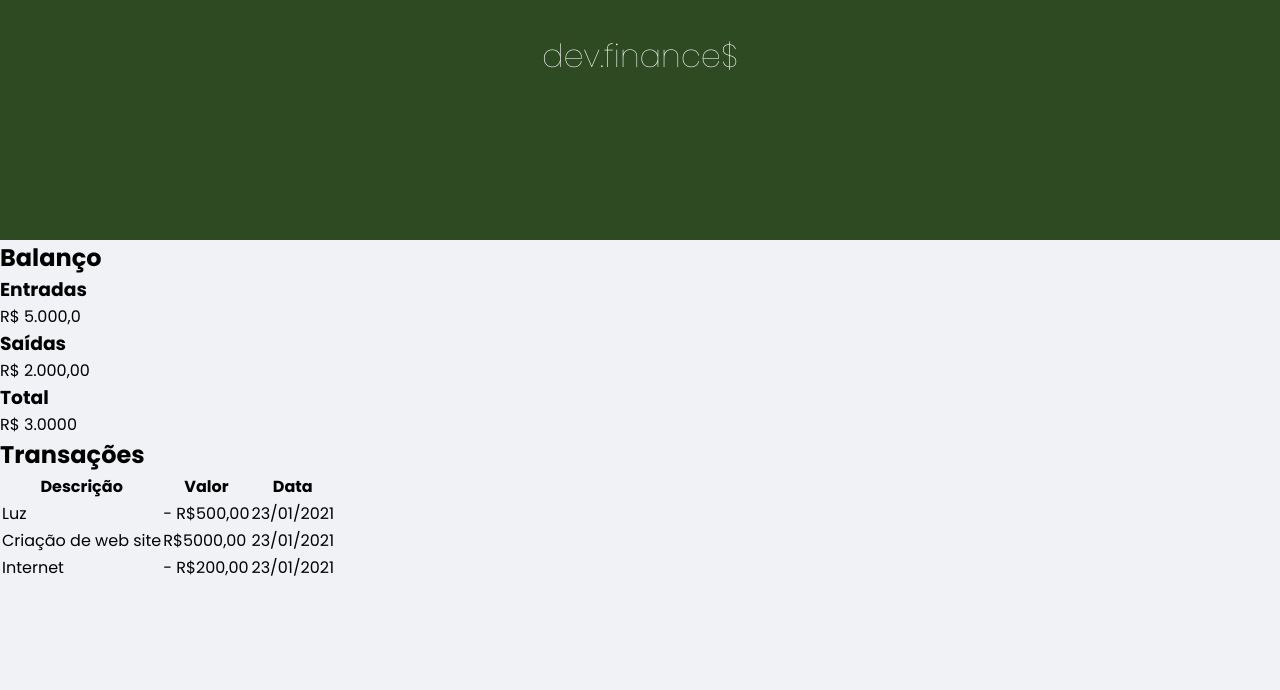
Repository: rafaelmgr12/maratona-dev01
Page: index.html
An editor plug-in stored every save of this project. The page is shown before and after the next save, followed by the edit.
The browser window is 1280 px wide. The pictures show the whole page.

Above is the page before, as saved 2021-04-26 20:18:26.

After the next save:
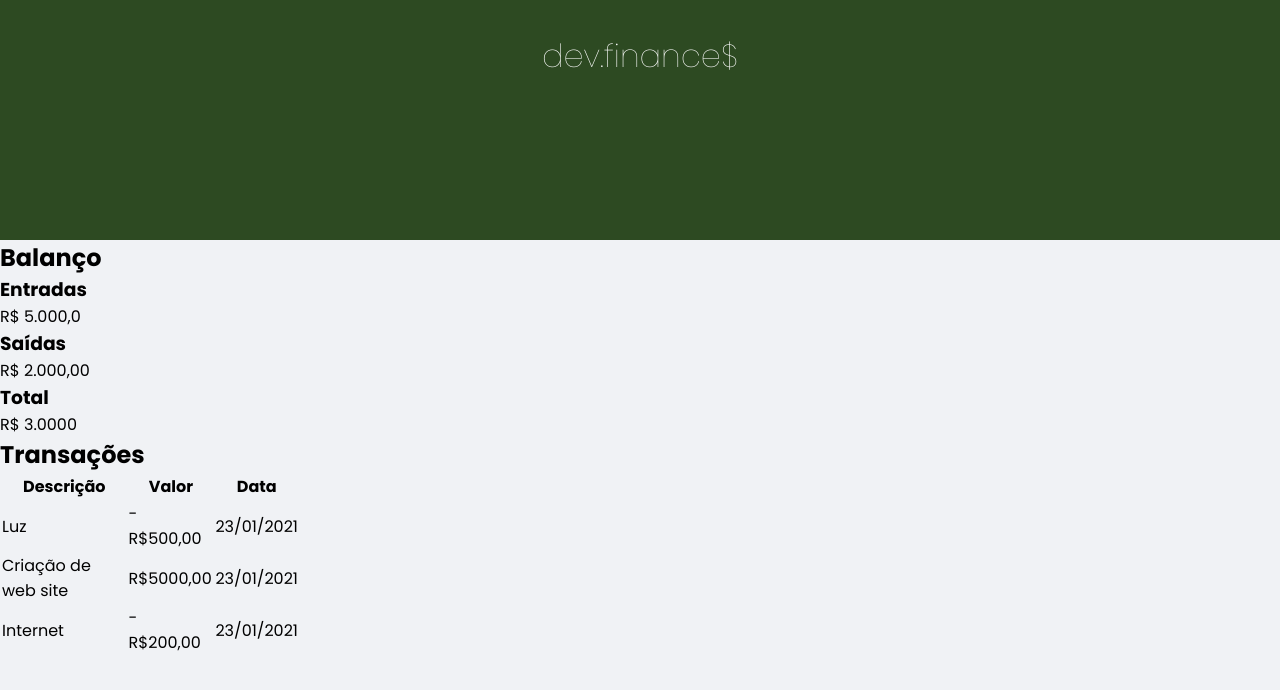
Saved 46 s later.
--- a/style.css
+++ b/style.css
@@ -7,6 +7,10 @@
 body{
     background : #f0f2f5;
     font-family: "Poppins", sans-serif;
+}
+.container{
+    width: 300px;
+
 }
 /* Header ======================================== */
 header{
